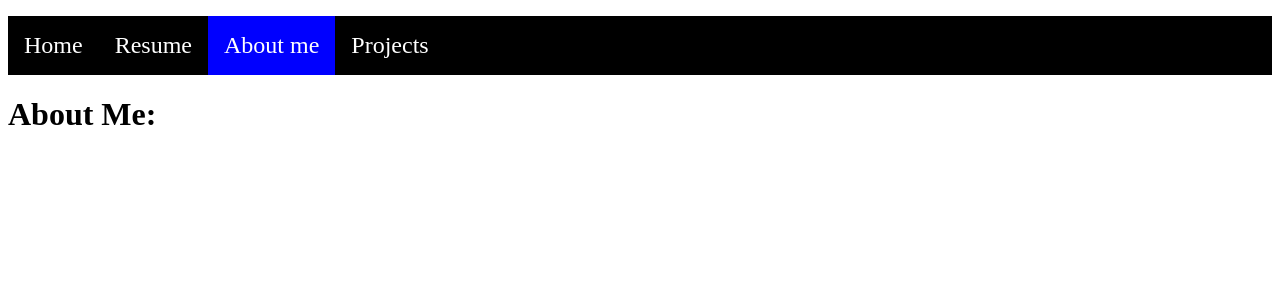
Repository: Dankusmemius/Dankusmemius.github.io
Page: aboutme.html
The author's editor kept a record of every edit. The page is drawn from the files as they stood at one moment, then again after the next edit.
The browser window is 1280 px wide. The pictures show the whole page.

Above is the page before.

After the next edit:
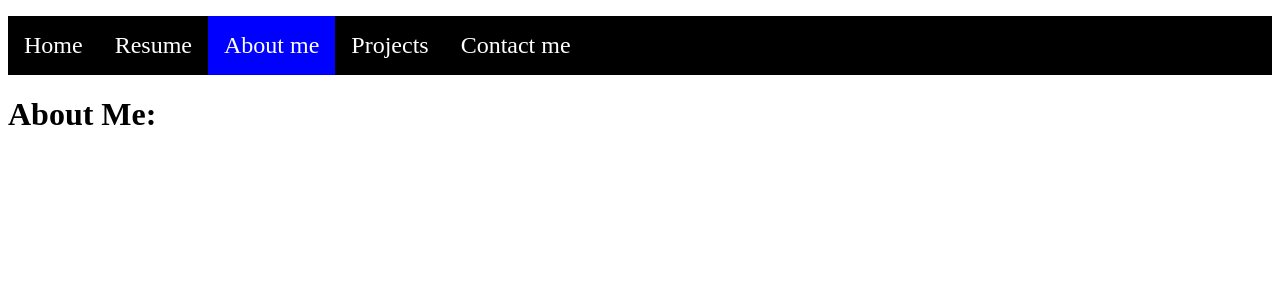
The edit:
--- a/aboutme.html
+++ b/aboutme.html
@@ -18,7 +18,7 @@
          <li><a href="project3.html">Project 3</a></li>
         </ul>
       </li>
-
+      <li><a href="contactme.html">Contact me</a></li>
     </ul>
     <h1>About Me:</h1>
 
